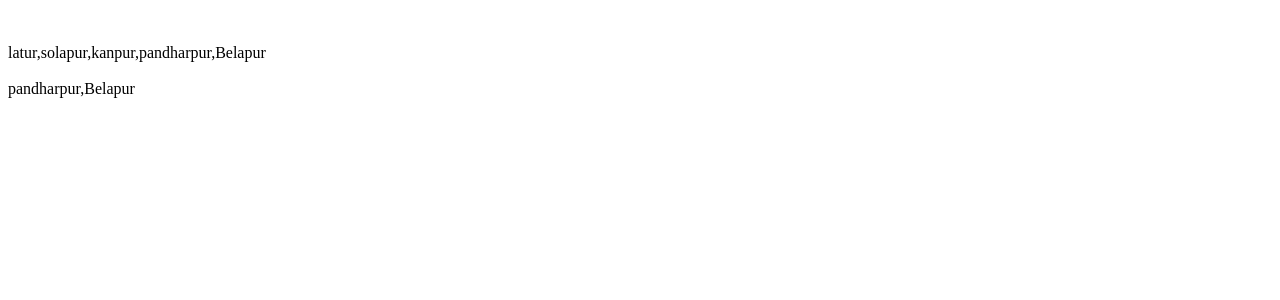
Repository: Solankinikhil/DailyWork
Page: eclipse-workspace/javaScriptExamples/WebContent/concept10.html
The author's editor kept a copy of each file at every save. The page is drawn from the files as they stood at one save, then again after the next save.
The browser window is 1280 px wide. The pictures show the whole page.

Above is the page before, as saved 2020-03-12 07:25:10.

After the next save:
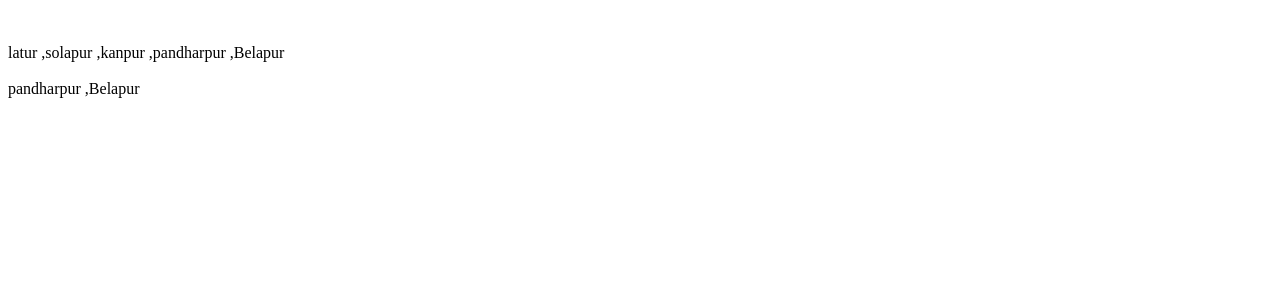
Saved 15 s later.
--- a/eclipse-workspace/javaScriptExamples/WebContent/concept10.html
+++ b/eclipse-workspace/javaScriptExamples/WebContent/concept10.html
@@ -9,7 +9,7 @@
 	console.log(empName.toLowerCase());
 	console.log(empName.substring(2, 4)); */
 
-	var cities = [ "latur", "solapur", "kanpur", "pandharpur", "Belapur" ];
+	var cities = [ "latur ", "solapur ", "kanpur ", "pandharpur ", "Belapur" ];
 	document.write("<br/><br/>" + cities);
 	var city = cities.slice(3, 5);
 	document.write("<br/> <br/>" + city);
